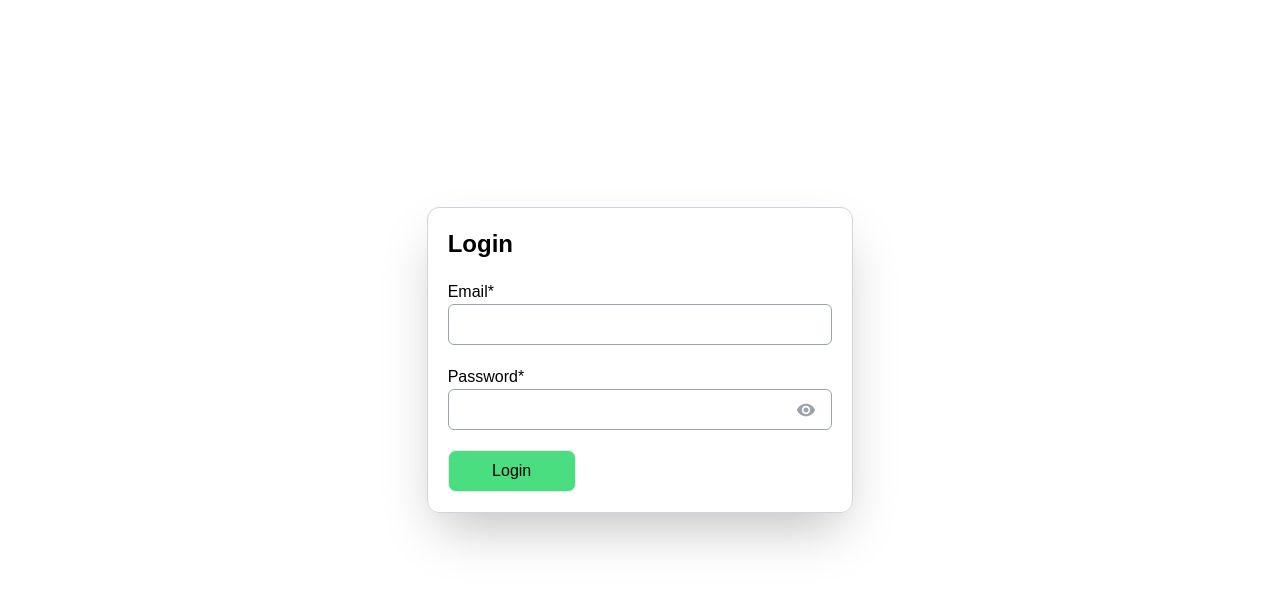
Repository: Qu4ntumGuy/support-ai
Page: /auth (app in frontend/)
These files come from the project's save history. The page is drawn as it stood at one moment and after the next save; the edit follows.
The browser window is 1280 px wide. The pictures show the whole page.
The project was rebuilt for these pictures with package versions that can differ from the ones it lists, and the page was loaded fresh each time.

Above is the page before, as saved 2024-07-13 21:22:46.

After the next save:
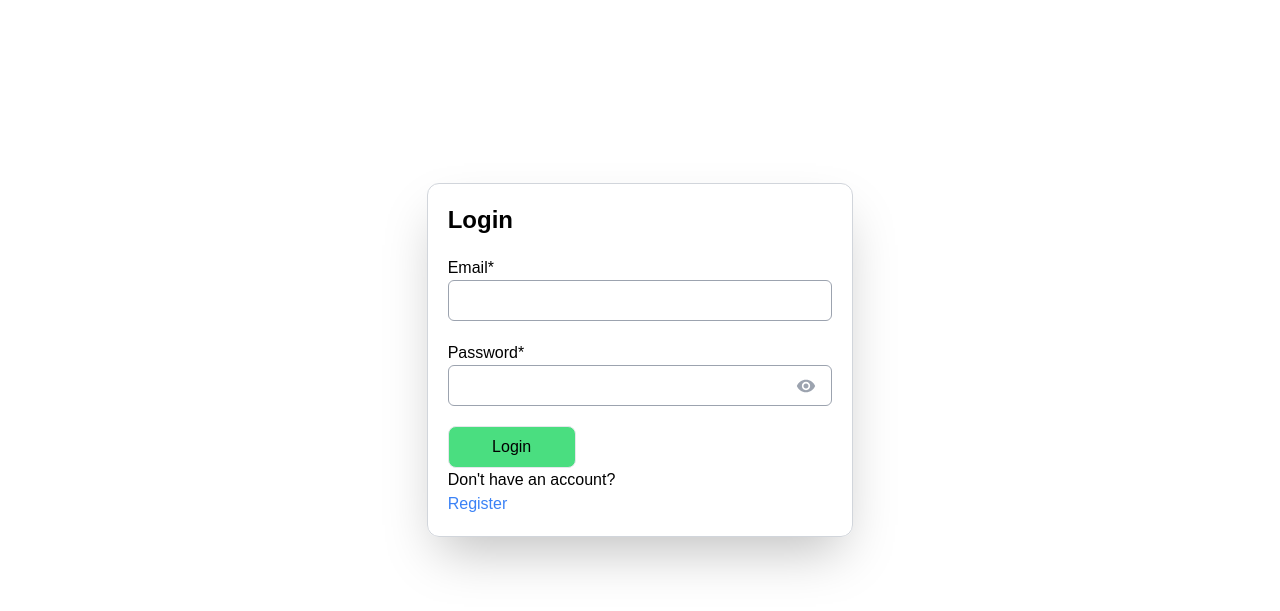
Saved 79 s later.
--- a/frontend/src/Pages/Auth/Auth.js
+++ b/frontend/src/Pages/Auth/Auth.js
@@ -68,6 +68,12 @@ function Auth() {
               {loading ? "Loading..." : "Login"}
             </button>
           </form>
+          <div>
+            <div>Don&apos;t have an account?</div>
+            <Link to="/auth/register" className="text-blue-500">
+              Register
+            </Link>
+          </div>
         </div>
       </div>
     </div>
